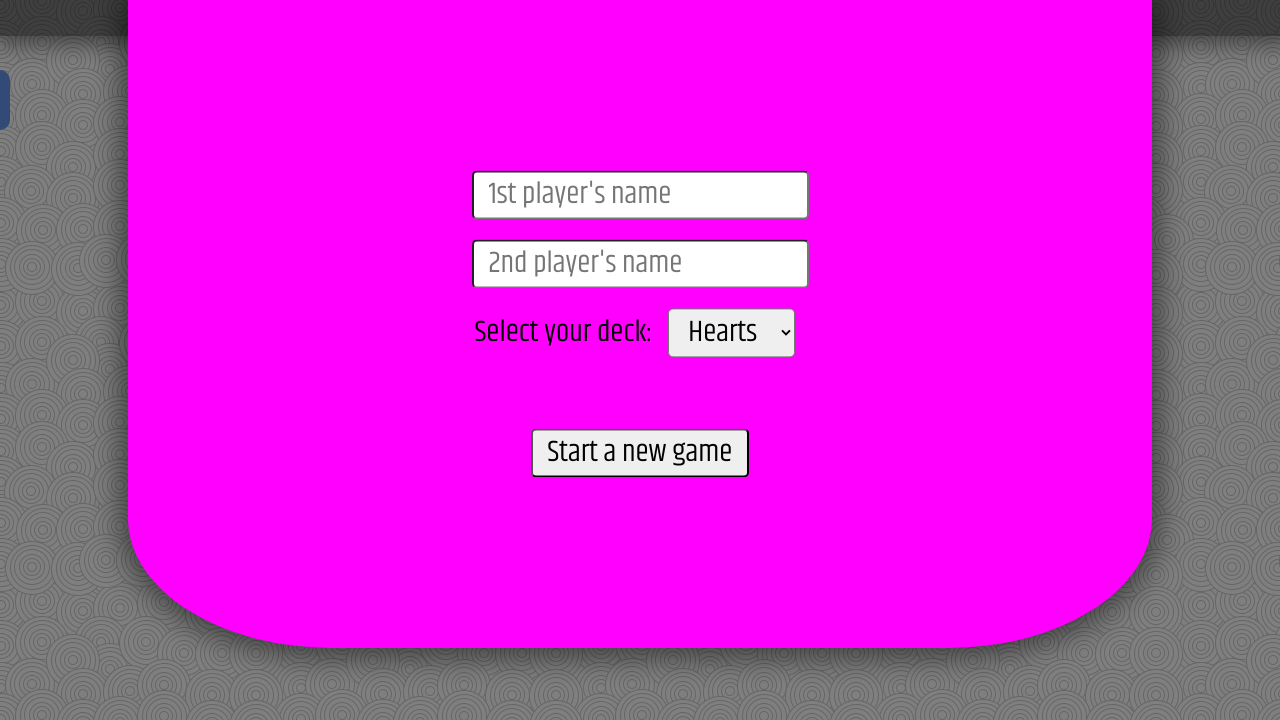
Repository: loragil/memory-game
Page: index.html
The author's editor kept a record of every edit. The page is drawn from the files as they stood at one moment, then again after the next edit.
The browser window is 1280 px wide. The pictures show the whole page.

Above is the page before.
Console error: SyntaxError: Unexpected token ')'

After the next edit:
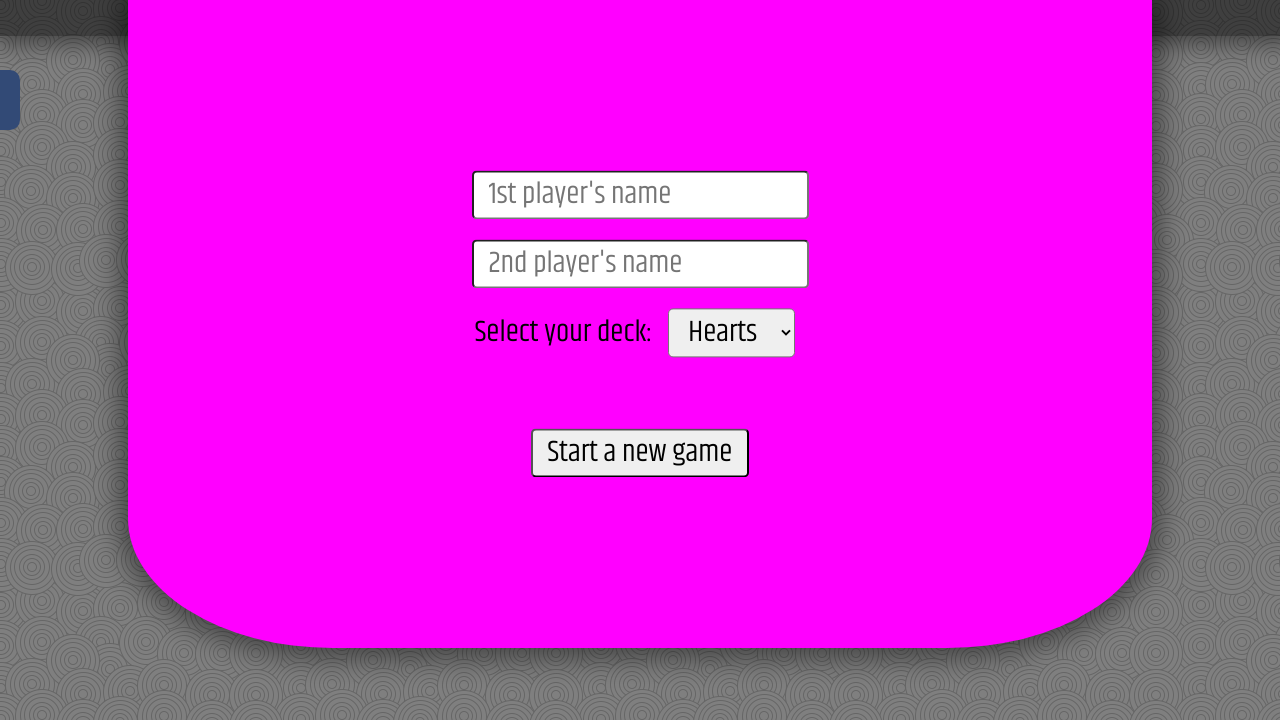
The edit:
--- a/index.html
+++ b/index.html
@@ -74,8 +74,8 @@
                     <span>Pairs left to match: </span>
                     <span id="pairsLeft"></span>
                 </div>
-                <div>
-                    <span>It's <em class="currentPlayer"></em>'s turn</span>
+                <div class="currentPlayer">
+                    <!--<span>It's <em class="currentPlayer"></em>'s turn</span>-->
                 </div>
             </div>
 
